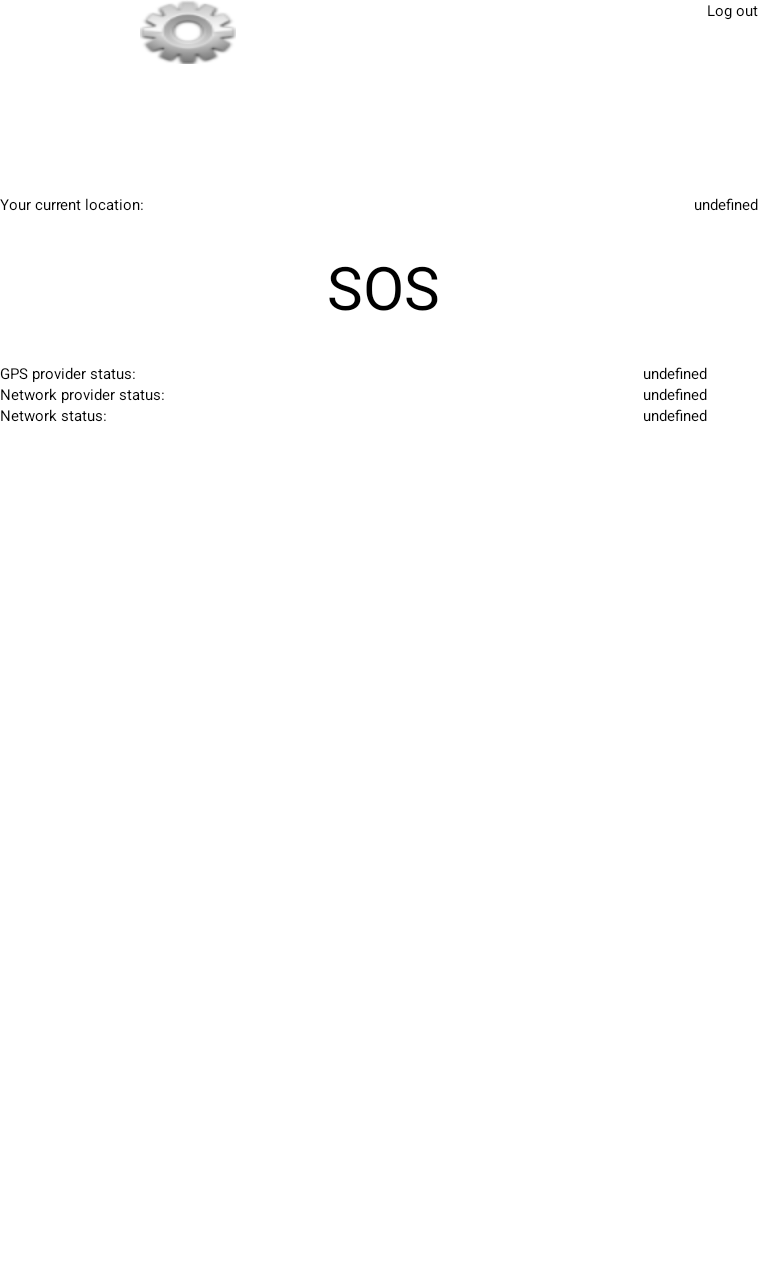
Repository: yuryk53/GTrackerRepository
Layout: GTracker/res/layout/main.xml
An editor plug-in stored every save of this project. The layout is shown before and after the next save, followed by the edit.
It is drawn on a 768 x 1280 px phone screen (xhdpi) without system bars, with theme AppTheme; the app's code is not run. The app's manifest (not shown) leaves right-to-left support off. So textAlignment, textDirection and layoutDirection are ignored, and left and right values win over start and end ones.

Above is the layout before, as saved 2015-11-13 22:09:34.

After the next save:
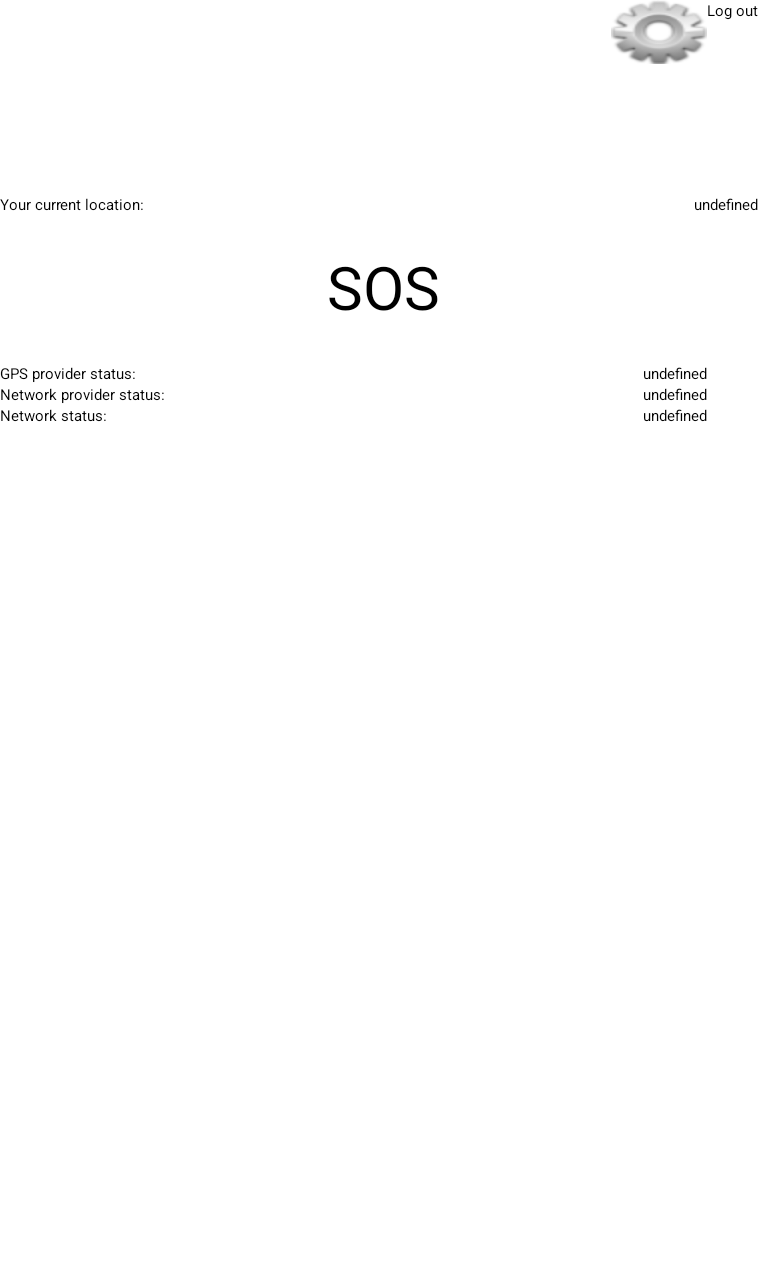
Saved 4 min 19 s later.
--- a/GTracker/res/layout/main.xml
+++ b/GTracker/res/layout/main.xml
@@ -121,8 +121,9 @@
         android:layout_width="wrap_content"
         android:layout_height="wrap_content"
         android:layout_alignParentTop="true"
-        android:layout_toRightOf="@+id/textView2"
+        android:layout_alignRight="@+id/textViewNetworkProviderStatus"
         android:background="@drawable/gear"
+        android:focusableInTouchMode="true"
         android:minWidth="48dp" />
 
 </RelativeLayout>
